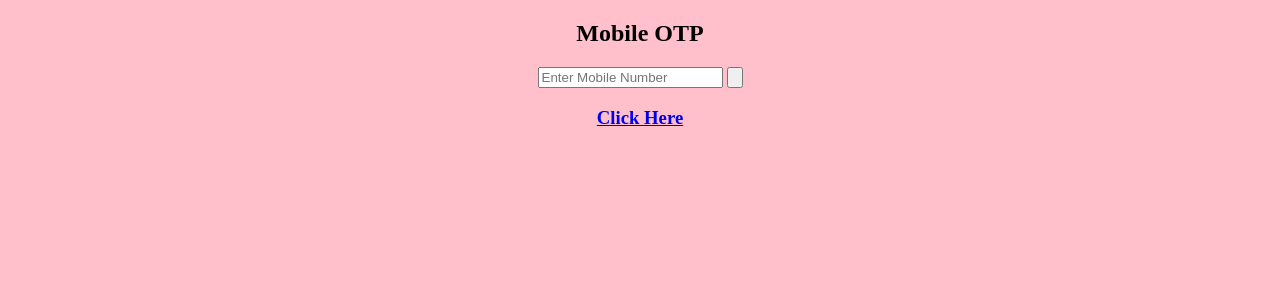
Repository: singhmohan333/springframework
Page: http://localhost/HelloWorld/
An editor plug-in stored every save of this project. The page is shown before and after the next save, followed by the edit.
The browser window is 1280 px wide. The pictures show the whole page.
The page is served by Tomcat 9.

Above is the page before, as saved 2018-01-24 16:33:41.

After the next save:
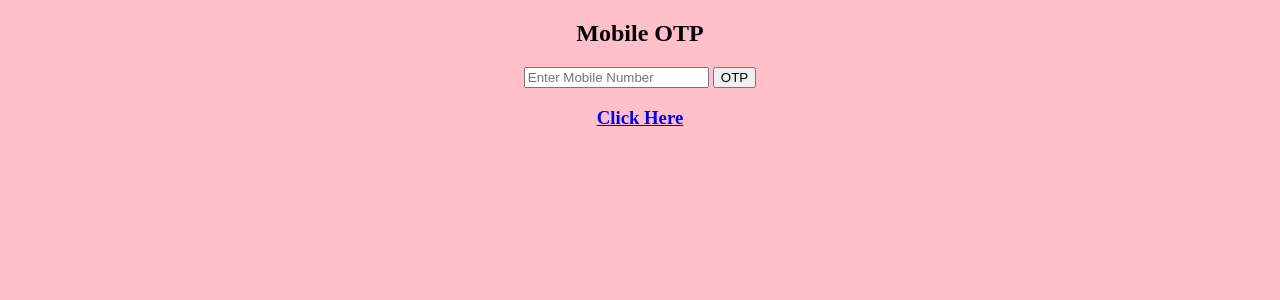
Saved 24 s later.
--- a/HelloWorld/src/main/webapp/index.jsp
+++ b/HelloWorld/src/main/webapp/index.jsp
@@ -9,7 +9,7 @@
 		<h2>Mobile OTP</h2>
 		<form action="helloworld">
 		<input type="text" name="mobileNo" placeholder="Enter Mobile Number">
-		<input type="button"
+		<input type="submit" value="OTP">
 
 		</form>
 		<h3>
